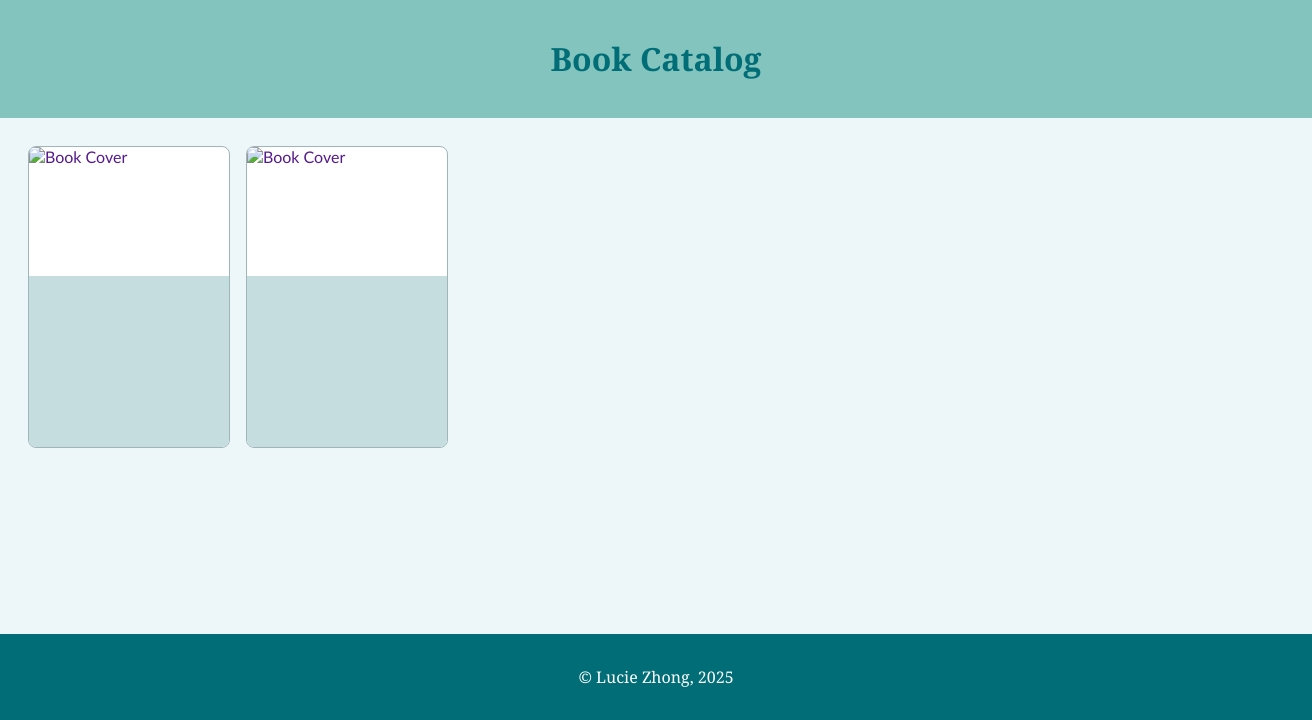
Repository: luwuciez/webdev2-book-catalog-v1
Page: /
An editor plug-in stored every save of this project. The page is shown before and after the next save, followed by the edit.
The browser window is 1280 px wide. The page is 1312 px wide, so the pictures cover 1312 px, including what lies to the right of the window. The pictures show the whole page.
The page's requests for data from a server got no answer. The project was rebuilt for these pictures with package versions that can differ from the ones it lists, and the page was loaded fresh each time. No one was signed in, and anything a server would have sent is missing. Also part of the build but not shown: vite.config.js.

Above is the page before, as saved 2025-09-13 23:35:10.

After the next save:
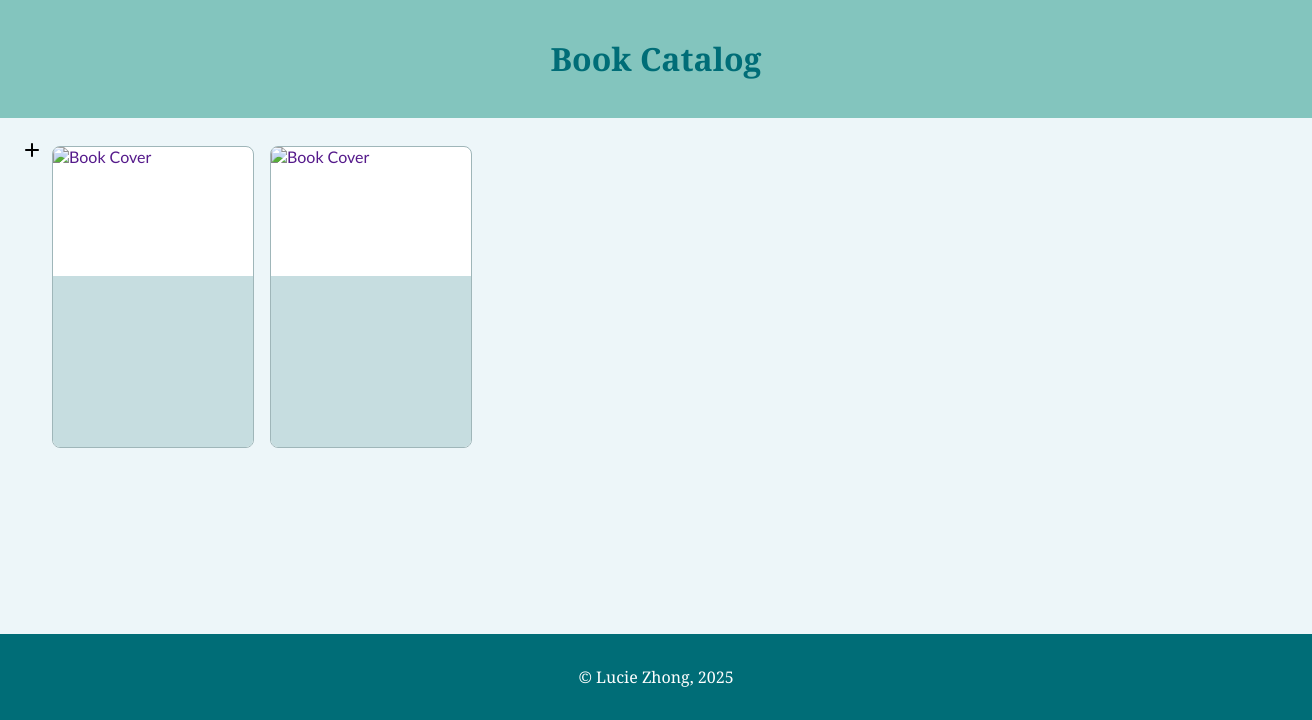
Saved 12 s later.
--- a/src/App.jsx
+++ b/src/App.jsx
@@ -9,7 +9,7 @@ function App() {
             </div>
             <div className="catalog">
                 <div className="newBook">
-                    <span></span>
+                    <span class="material-symbols-rounded">add</span>
                 </div>
                 <Book isbn="9781484282939" />
                 <Book isbn="9781803231280" />
